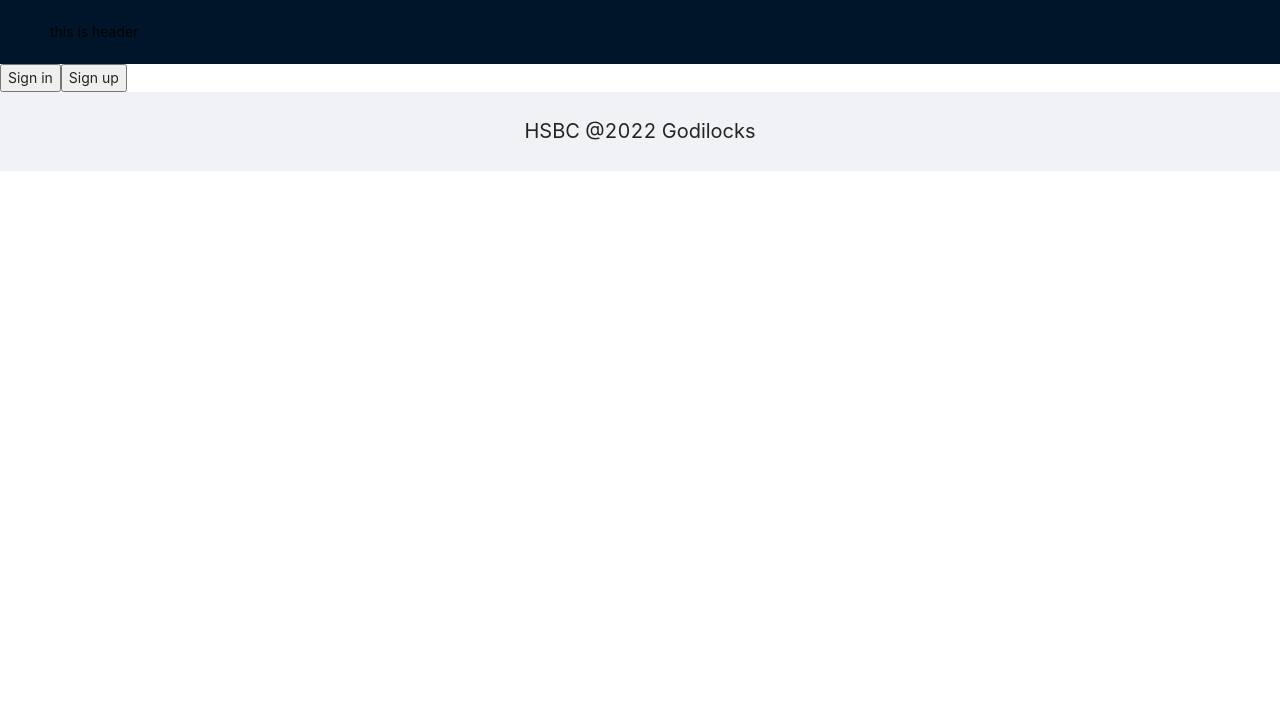
Repository: Zoe-XJ-Zhang/Goldilocks
Page: /
An editor plug-in stored every save of this project. The page is shown before and after the next save, followed by the edit.
The browser window is 1280 px wide. The pictures show the whole page.
The project was rebuilt for these pictures with package versions that can differ from the ones it lists, and the page was loaded fresh each time. Also part of the build but not shown: src/page/roadmapPage/roadmapPage.js, src/page/aboutPage/aboutPage.js.

Above is the page before, as saved 2022-08-31 15:05:50.

### public/index.html
<!DOCTYPE html>
<html lang="en">
  <head>
    <meta charset="utf-8" />
    <link rel="icon" href="./logo.jpg" />
    <meta name="viewport" content="width=device-width, initial-scale=1" />
    <meta name="theme-color" content="#000000" />
    <meta
      name="description"
      content="Web site created using create-react-app"
    />
    <title>Goldilocks</title>
  </head>
  <body>
    <noscript>You need to enable JavaScript to run this app.</noscript>
    <div id="root"></div>
  </body>
</html>

### src/App.js
import "./App.css";
import { Layout } from "antd";
import { Route, Routes } from "react-router-dom";
import HomePage from "./page/homePage/homePage";
import RoadmapPage from "./page/roadmapPage/roadmapPage";
import AboutPage from "./page/aboutPage/aboutPage";

const { Header, Footer, Content } = Layout;

function App() {
  return (
    <div className="App">
      <Header>this is header</Header>
      <Content>
        <Routes>
          <Route path="/*" element={<HomePage />}></Route>
          <Route path="/home" element={<HomePage />}></Route>
          <Route path="/roadmap" element={<RoadmapPage />}></Route>
          <Route path="/aboutus" element={<AboutPage />}></Route>
        </Routes>
      </Content>
      <Footer style={{
            textAlign: 'center',
            fontSize:'20px',
          }}>HSBC @2022 Godilocks</Footer>
    </div>
  );
}

export default App;

### src/page/homePage/homePage.js
import React from 'react';
import './homePage.css';

import homepage from '../../images/home_page.png'
const HomePage = () => {
    return (<div className='homepage'>
        <button className='signin'>Sign in</button><button className='signout'>Sign up</button>
        {/* <Image src={homepage}  alt="asd" title="QW"></Image> */}
        {/* <img src={homepage} alt="" /> */}
    </div>);

};

export default HomePage;

### src/page/homePage/homePage.css
img{
    width: 100%;
    height: 100%;
    object-fit: contain;
}
html{
    background-image: url(/src/images/home_page.png);
    background-color: antiquewhite;
}

Loaded but not shown: src/index.js (common file); src/index.css (common file); src/reportWebVitals.js (common file); src/App.css (common file)

After the next save:
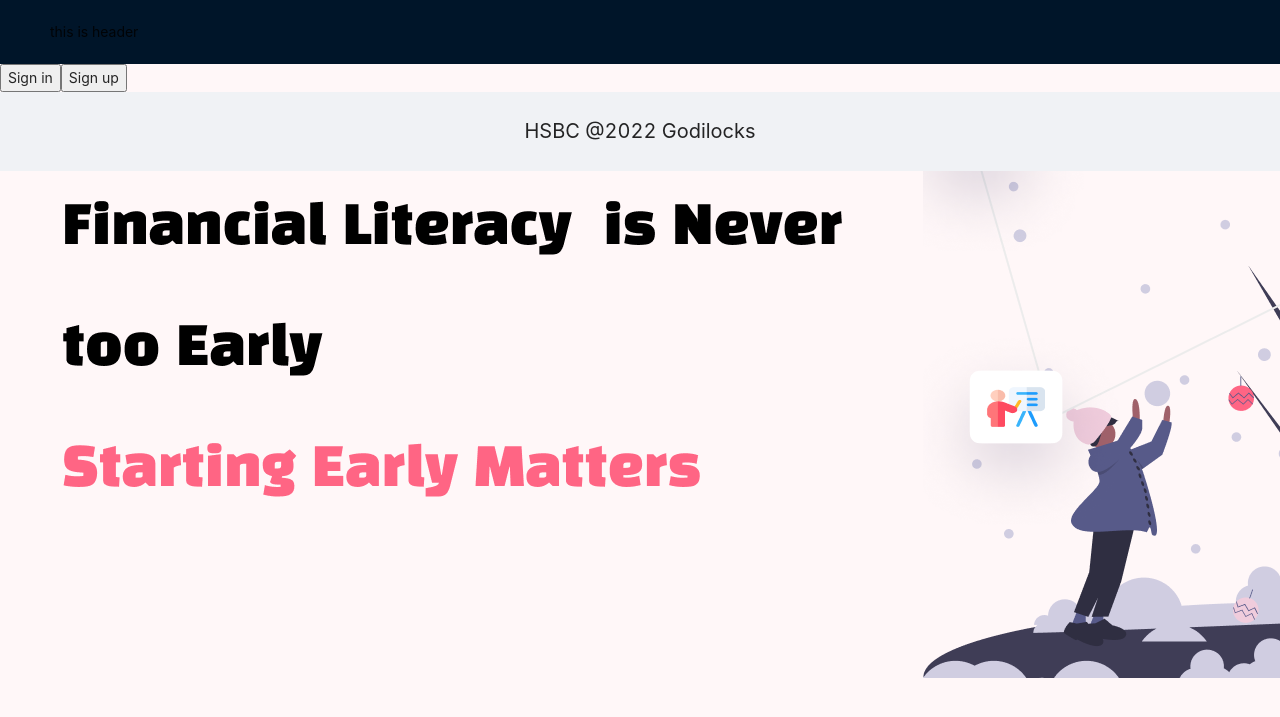
Saved 34 s later.
--- a/src/page/homePage/homePage.css
+++ b/src/page/homePage/homePage.css
@@ -3,7 +3,7 @@
     height: 100%;
     object-fit: contain;
 }
-html{
+body{
     background-image: url(/src/images/home_page.png);
     background-color: antiquewhite;
 }

After the save that followed:
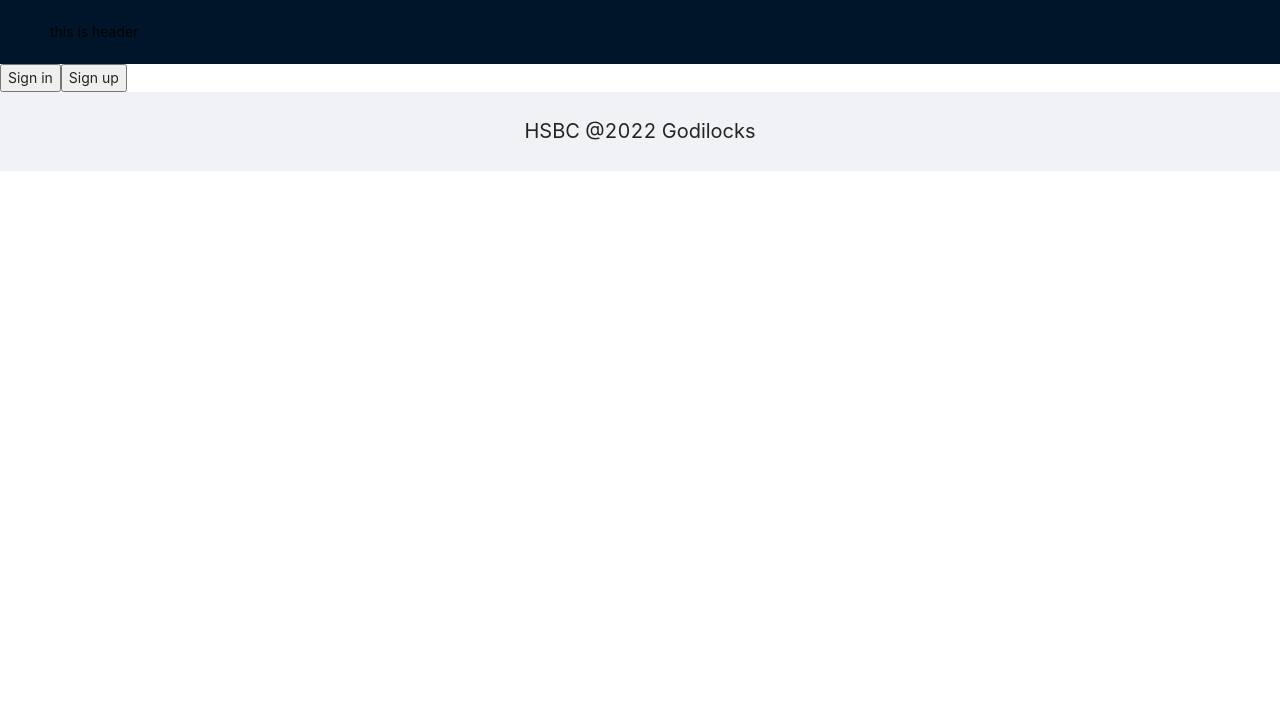
Saved 12 s later.
--- a/src/page/homePage/homePage.css
+++ b/src/page/homePage/homePage.css
@@ -3,7 +3,3 @@
     height: 100%;
     object-fit: contain;
 }
-body{
-    background-image: url(/src/images/home_page.png);
-    background-color: antiquewhite;
-}
